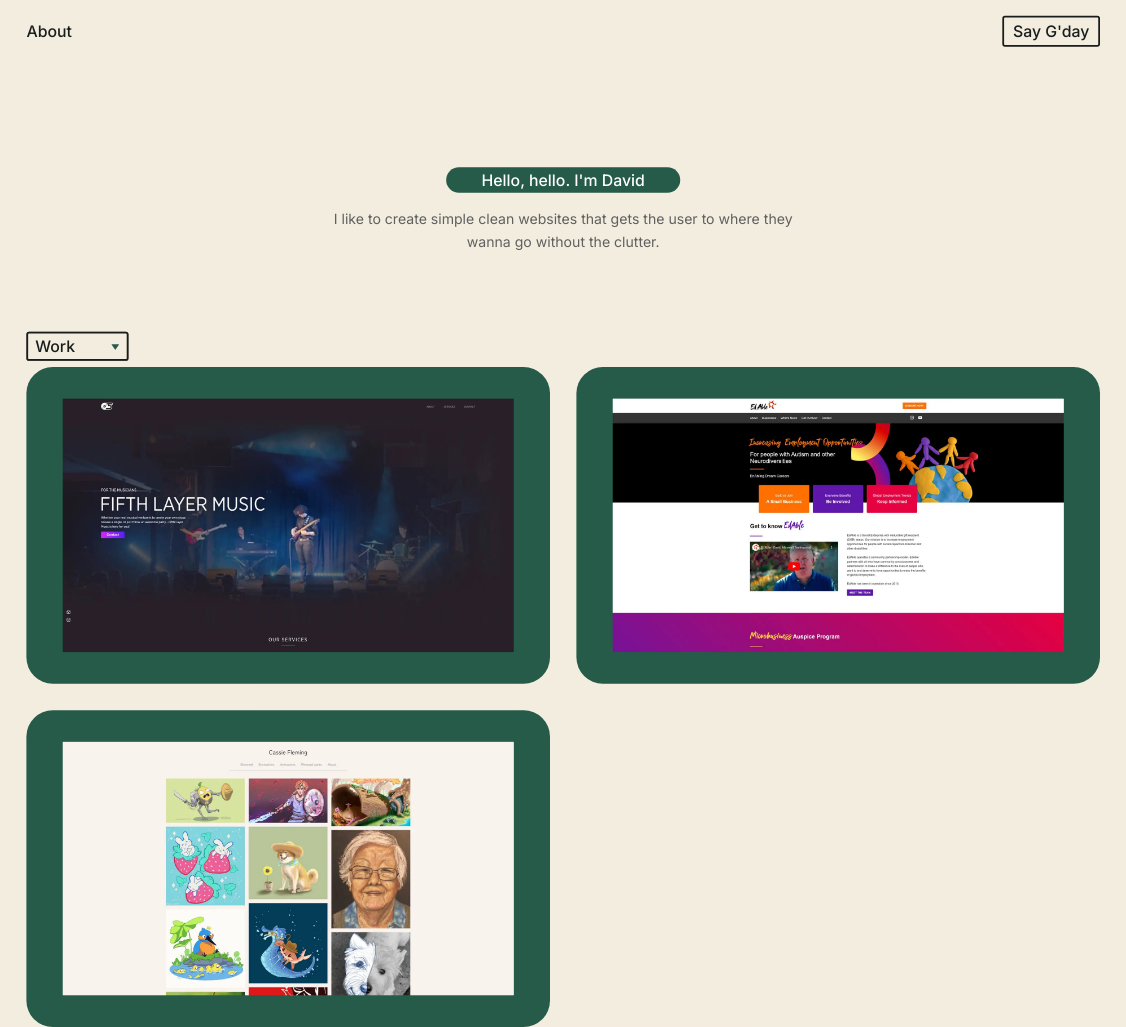
Repository: David-Waite/David-Waite-Portfolio
Page: /
These files come from the project's save history. The page is drawn as it stood at one moment and after the next save; the edit follows.
The browser window is 1280 px wide. The pictures show the whole page, at 88% of full size.
The project was rebuilt for these pictures with package versions that can differ from the ones it lists, and the page was loaded fresh each time. Some packages were replaced by stand-ins written for this rebuild. The framework's server and built-in components were replaced by stand-ins that run in the browser. Also part of the build but not shown: next.config.js.

Above is the page before, as saved 2023-07-27 20:39:29.

After the next save:
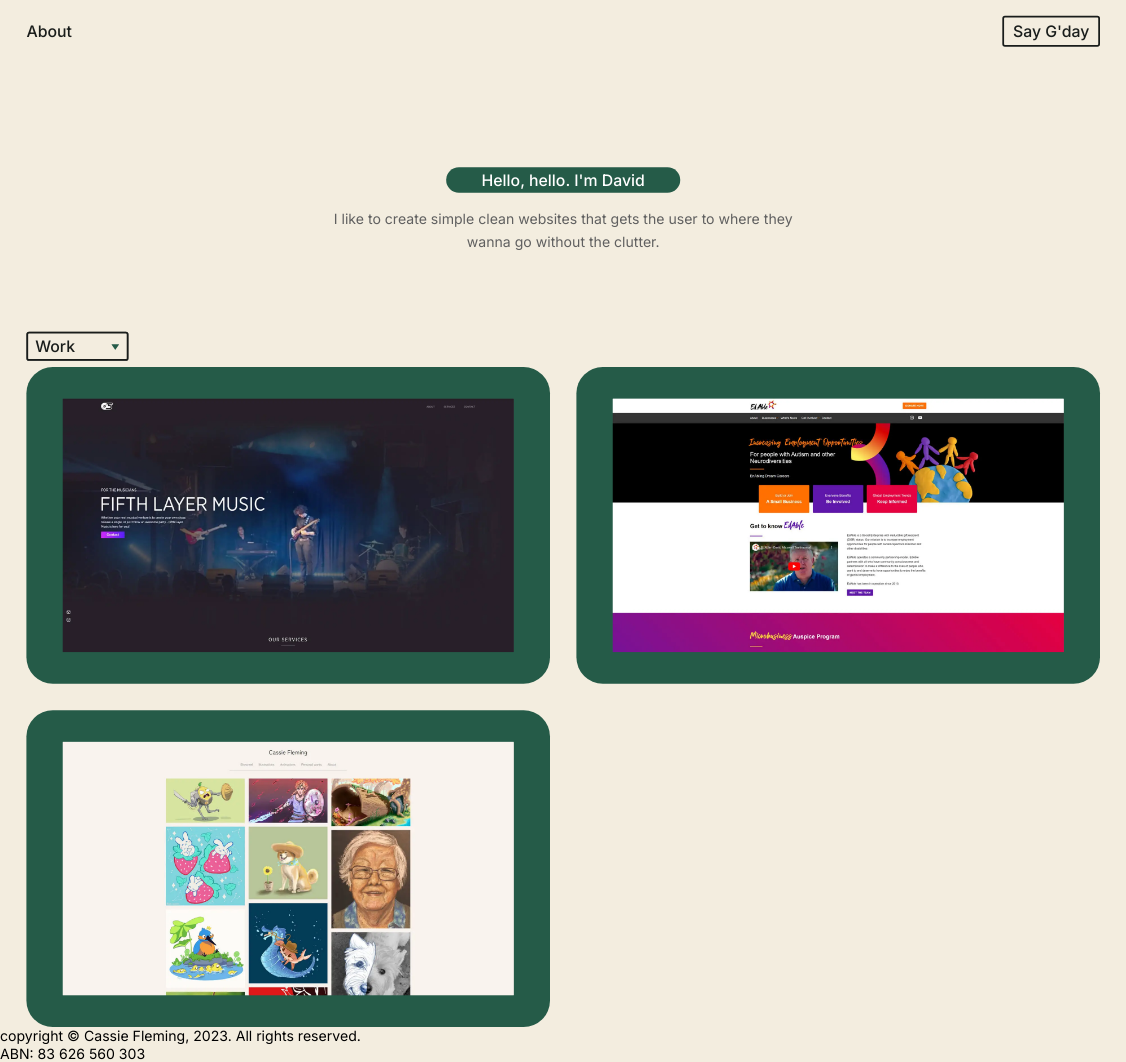
Saved 10 s later.
--- a/app/layout.tsx
+++ b/app/layout.tsx
@@ -2,6 +2,7 @@ import "./globals.css";
 import type { Metadata } from "next";
 import { Inter } from "next/font/google";
 import NavBar from "./components/Nav/NavBar/NavBar";
+import Footer from "./components/Footer/Footer";
 
 const inter = Inter({ subsets: ["latin"] });
 
@@ -20,6 +21,7 @@ export default function RootLayout({
       <body className={inter.className}>
         <NavBar />
         {children}
+        <Footer />
       </body>
     </html>
   );
